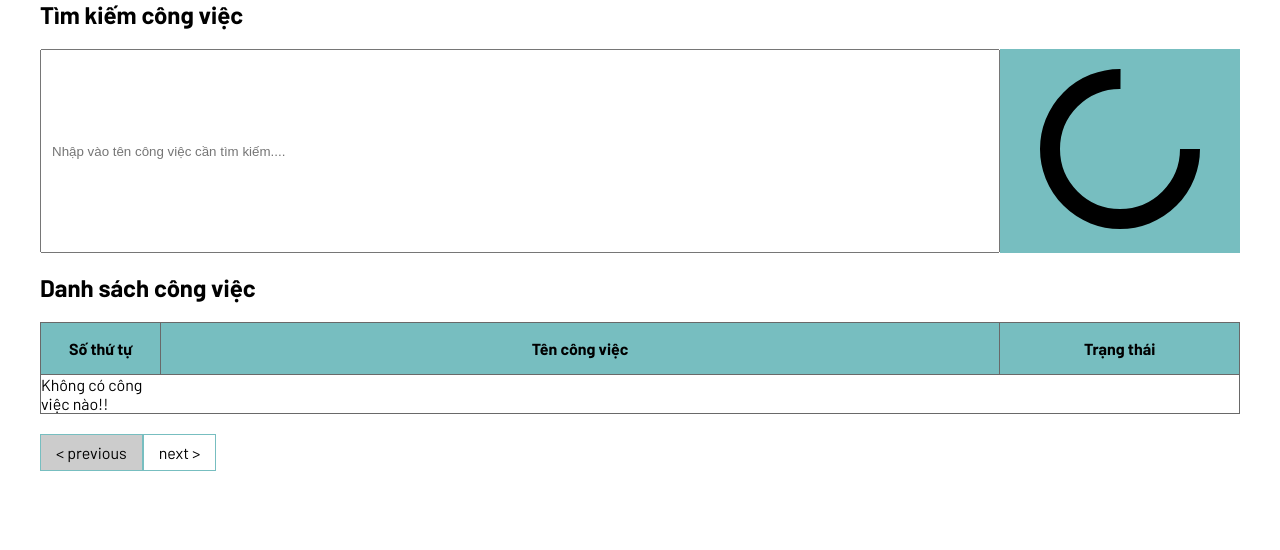
Repository: OkazakiTruong/searchReact
Page: /
These files come from the project's save history. The page is drawn as it stood at one moment and after the next save; the edit follows.
The browser window is 1280 px wide. The pictures show the whole page.
The page's requests for data from a server got no answer. The project was rebuilt for these pictures with package versions that can differ from the ones it lists, and the page was loaded fresh each time. No one was signed in, and anything a server would have sent is missing. Also part of the build but not shown: vite.config.js.

Above is the page before, as saved 2024-01-13 23:31:39.

### src/App.jsx
import React from "react";
import { SearchAppContainer } from "./SearchApp/SearchAppContainer";

export const App = () => {
  return (
    <div className="app">
      <SearchAppContainer />
    </div>
  );
};

### src/index.css
@import url("https://fonts.googleapis.com");
@import url("https://fonts.gstatic.com");
@import url("https://fonts.googleapis.com/css2?family=Barlow:ital,wght@0,100;0,200;0,300;0,400;0,500;0,600;0,700;0,800;0,900;1,100;1,200;1,300;1,400;1,500;1,600;1,700;1,800;1,900&display=swap");

* {
  padding: 0;
  margin: 0;
  box-sizing: border-box;
}

body {
  font-family: "Barlow", sans-serif;
}
ul,
li {
  list-style: none;
}

.app {
  max-width: 1250px;
  padding: 0 25px;
  margin: 0 auto;
}

### src/SearchApp/SearchAppContainer.jsx
import React, { useCallback, useEffect, useState, useRef } from "react";
import { ListTodo } from "./Todo/ListTodo";
import { Search } from "./Search/Search";
import { Pagination } from "./Pagination/Pagination";
import debounce from "lodash.debounce";
export const SearchAppContainer = () => {
  const [todos, setTodos] = useState(null);
  const [totalPage, setTotalPage] = useState(null);
  const [currentPage, setCurrentPage] = useState(1);
  const [isLoading, setIsLoading] = useState(false);
  const [filter, setFilter] = useState({
    title_like: "",
  });
  // const debounceDropDown = useRef(
  //   debounce((nextValue) => fetchDropdownOptions(nextValue), 1000)
  // ).current;
  useEffect(() => {
    const params = new URLSearchParams(filter).toString();
    //fetch api
    setIsLoading(true);
    fetch(
      `https://jsonplaceholder.typicode.com/todos?_page=${currentPage}&_limit=10&${params}`,
      {
        method: "GET",
        headers: {
          "Content-type": "application/json",
        },
      }
    )
      .then((response) => {
        setTotalPage(Math.ceil(+response.headers.get("x-total-count") / 10));
        return response.json();
      })
      .then((data) => {
        setIsLoading(false);
        setTodos(data);
      });
  }, [currentPage, filter]);
  const handlePageClick = (event) => {
    setCurrentPage(++event.selected);
  };
  const handleSearch = (event) => {
    const dataSearch = event.target.value;
    setFilter({ ...filter, title_like: `${dataSearch.trim()}` });
  };
  const handleSubmit = (title) => {
    setFilter({ ...filter, title_like: `${title.trim()}` });
  };
  return (
    <div>
      <Search
        todos={todos}
        handleSearch={handleSearch}
        handleSubmit={handleSubmit}
        isLoading={isLoading}
      />
      <ListTodo todos={todos} />
      <Pagination totalPage={totalPage} handlePageClick={handlePageClick} />
    </div>
  );
};

### src/SearchApp/Todo/ListTodo.jsx
import React from "react";
import "./listTodo.css";

export const ListTodo = ({ todos }) => {
  return (
    <>
      <h2>Danh sách công việc</h2>
      <table>
        <tbody>
          <tr>
            <th className="numerical-order">Số thứ tự</th>
            <th className="todo-name">Tên công việc</th>
            <th className="status">Trạng thái</th>
          </tr>
          {!todos
            ? "Không có công việc nào!!"
            : todos.map((todo, index) => (
                <tr key={todo.id}>
                  <td className="numeric-order">{todo.id}</td>
                  <td>{todo.title}</td>
                  <td>
                    {todo.completed ? "Đã hoàn thành" : "Chưa hoàn thành"}
                  </td>
                </tr>
              ))}
        </tbody>
      </table>
    </>
  );
};

### src/SearchApp/Search/Search.jsx
import React, { useEffect, useRef, useState } from "react";
import "./Search.css";

export const Search = ({ todos, handleSearch, handleSubmit, isLoading }) => {
  const suggestRef = useRef(null);
  const inputRef = useRef(null);
  const searchContainerRef = useRef(null);
  const handleFocus = () => {
    console.log(suggestRef.current);
    suggestRef.current.classList.add("active");
  };
  const handleClickOutside = (event) => {
    const { target } = event;
    if (!searchContainerRef.current.contains(target)) {
      suggestRef.current.classList.remove("active");
    }
  };
  useEffect(() => {
    console.log(isLoading);
    document.addEventListener("click", handleClickOutside);
  });
  return (
    <>
      <h2>Tìm kiếm công việc</h2>
      <div className="search-container" ref={searchContainerRef}>
        <form
          onSubmit={(e) => {
            e.preventDefault();
            suggestRef.current.classList.remove("active");
            handleSubmit(inputRef.current.value);
          }}
        >
          <div className="search-bar">
            <input
              type="text"
              placeholder="Nhập vào tên công việc cần tìm kiếm...."
              onFocus={handleFocus}
              ref={inputRef}
              onChange={(e) => {
                handleSearch(e);
              }}
            />
            <button type="submit" className="btn-submit">
              {isLoading ? <img src="/rolling_loading.svg" /> : "Tìm kiếm"}
            </button>
          </div>
        </form>
        <div className="search-suggest" ref={suggestRef}>
          {todos === null
            ? "Không có todo nào"
            : todos?.map((todo) => {
                return (
                  <p
                    className="todo-search-suggest"
                    key={todo.id}
                    onClick={(e) => {
                      console.log(e.target.innerText);
                      inputRef.current.value += " " + e.target.innerText;
                    }}
                  >
                    {todo.title}
                  </p>
                );
              })}
        </div>
      </div>
    </>
  );
};

### src/SearchApp/Pagination/Pagination.jsx
import React from "react";
import ReactPaginate from "react-paginate";
import "./pagination.css";

export const Pagination = ({ totalPage, handlePageClick }) => {
  return (
    <div className="pagination-container">
      <ReactPaginate
        nextLabel="next >"
        onPageChange={handlePageClick}
        pageRangeDisplayed={3}
        marginPagesDisplayed={2}
        pageCount={totalPage}
        previousLabel="< previous"
        pageClassName="page-item"
        pageLinkClassName="page-link"
        previousClassName="page-item"
        previousLinkClassName="page-link"
        nextClassName="page-item"
        nextLinkClassName="page-link"
        breakLabel="..."
        breakClassName="page-item"
        breakLinkClassName="page-link"
        containerClassName="pagination"
        activeClassName="active"
        renderOnZeroPageCount={null}
      />
    </div>
  );
};

### src/SearchApp/Todo/listTodo.css
table {
  width: 100%;
}
table,
th,
td {
  border: 1px solid #696969;
  border-collapse: collapse;
}
th,
td {
  padding: 16px;
}
th {
  background-color: #77bec0;
}
th.todo-name {
  width: 70%;
}
th.numeric-order {
  width: 10%;
}
th.status {
  width: 20%;
}
td.numeric-order {
  text-align: center;
}
h2 {
  margin-bottom: 20px;
}

### src/SearchApp/Search/Search.css
input {
  width: 80%;
  padding: 10px;
}
button {
  width: 20%;
  cursor: pointer;
  background-color: #77bec0;
  border: #77bec0;
  font-weight: 600;
  font-size: 16px;
}
.btn-submit:hover {
  background-color: #90d7da;
}
.search-container {
  margin: 20px 0;
  position: relative;
}
.search-bar {
  display: flex;
  width: 100%;
}
.search-suggest {
  border: 1px solid #77bec0;
  position: absolute;
  width: 80%;
  height: 200px;
  background-color: white;
  padding: 10px 0 10px 0;
  overflow: auto;
  visibility: hidden;
}
.search-suggest.active {
  visibility: visible;
  background-color: white;
}
.search-suggest::-webkit-scrollbar-track {
  -webkit-box-shadow: inset 0 0 6px rgba(0, 0, 0, 0.3);
  background-color: #f5f5f5;
}
.search-suggest::-webkit-scrollbar {
  width: 4px;
  background-color: #f5f5f5;
}
.search-suggest::-webkit-scrollbar-thumb {
  background-color: #579092;
  border: 2px solid #579092;
}

.todo-search-suggest {
  padding: 10px;
}
.todo-search-suggest:hover {
  background-color: #ccc;
  cursor: pointer;
}

### src/SearchApp/Pagination/pagination.css
.pagination-container {
  margin: 20px 0 !important;
}
.pagination {
  display: flex;
}
.pagination .page-link {
  border: 1px solid #77bec0;
  display: block;
  padding: 8px 15px;
  cursor: pointer;
  user-select: none;
}

.pagination .page-link:hover {
  background-color: #e4e4e4;
}

.active {
  background-color: #77bec0;
}

.disabled {
  background-color: #ccc;
  cursor: not-allowed;
}

Loaded but not shown: index.html (common file); src/main.jsx (common file)

After the next save:
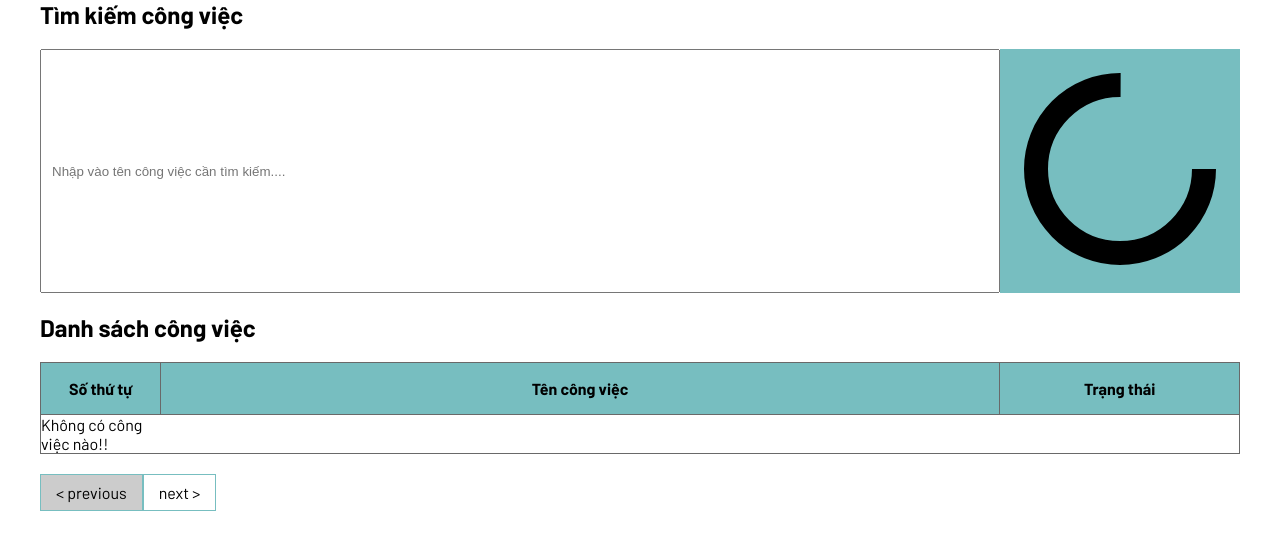
Saved 33 s later.
--- a/src/SearchApp/Search/Search.css
+++ b/src/SearchApp/Search/Search.css
@@ -1,6 +1,9 @@
 input {
   width: 80%;
   padding: 10px;
+}
+img {
+  width: 100%;
 }
 button {
   width: 20%;

After the save that followed:
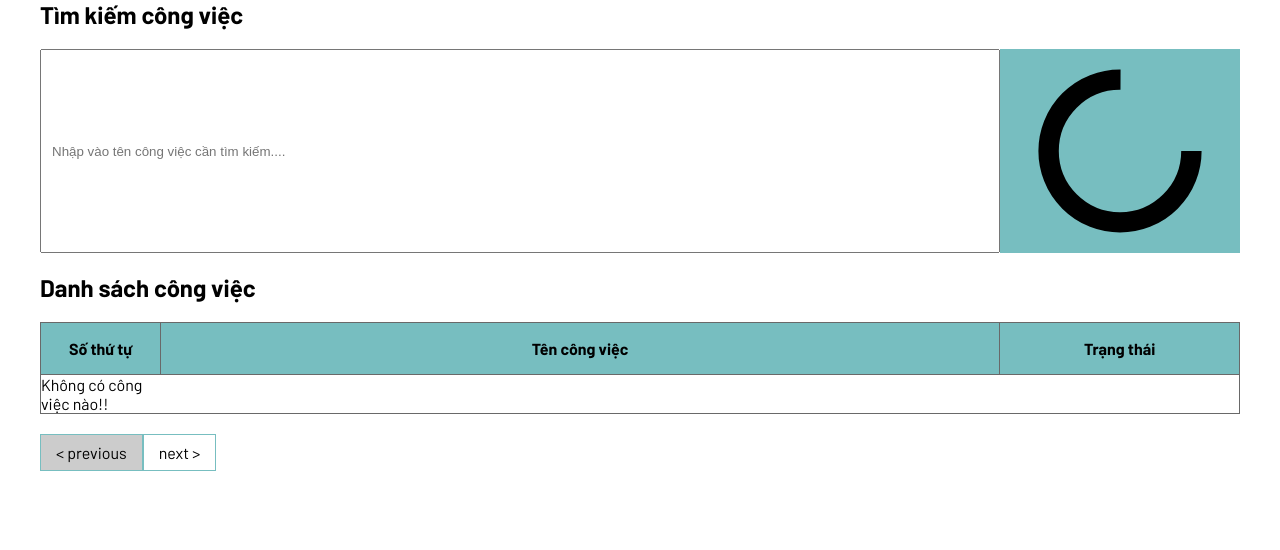
Saved 15 s later.
--- a/src/SearchApp/Search/Search.css
+++ b/src/SearchApp/Search/Search.css
@@ -3,7 +3,7 @@
   padding: 10px;
 }
 img {
-  width: 100%;
+  height: 100%;
 }
 button {
   width: 20%;
